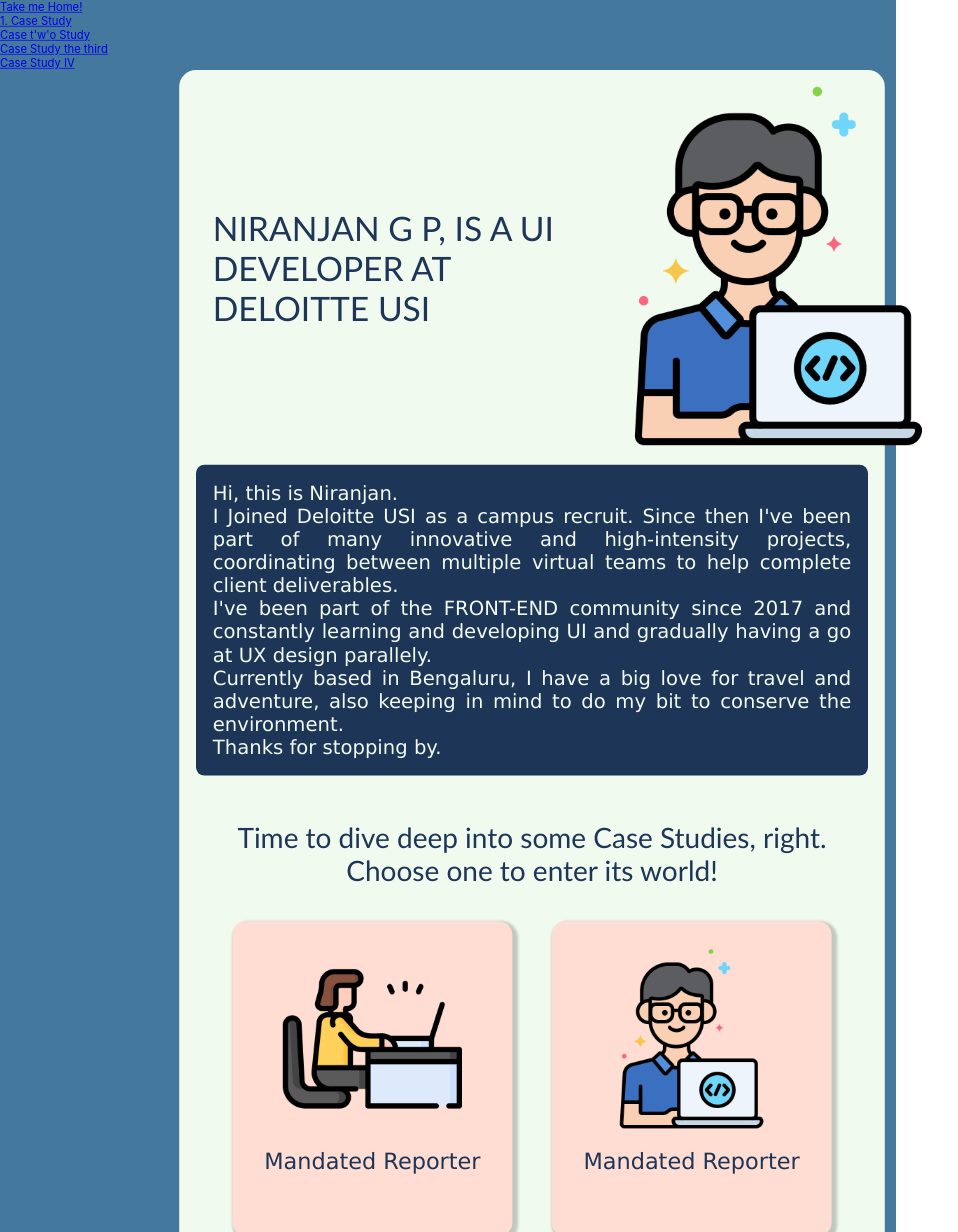
Repository: niranjangp/portfolioReact
Page: /
The author's editor kept a copy of each file at every save. The page is drawn from the files as they stood at one save, then again after the next save.
The browser window is 1280 px wide. The page is 1368 px wide, then 1280 px, so the pictures cover 1368 px, including what lies to the right of the window. The pictures show the part of the page from y = 0 to 1760 px (the page is 2603 px tall before and 2899 px after), at 70% of full size.
The project was rebuilt for these pictures with package versions that can differ from the ones it lists, and the page was loaded fresh each time. Also part of the build but not shown: src/pages/csOne.jsx, src/pages/notFound.jsx.

Above is the page before, as saved 2022-02-01 00:41:34.

After the next save:
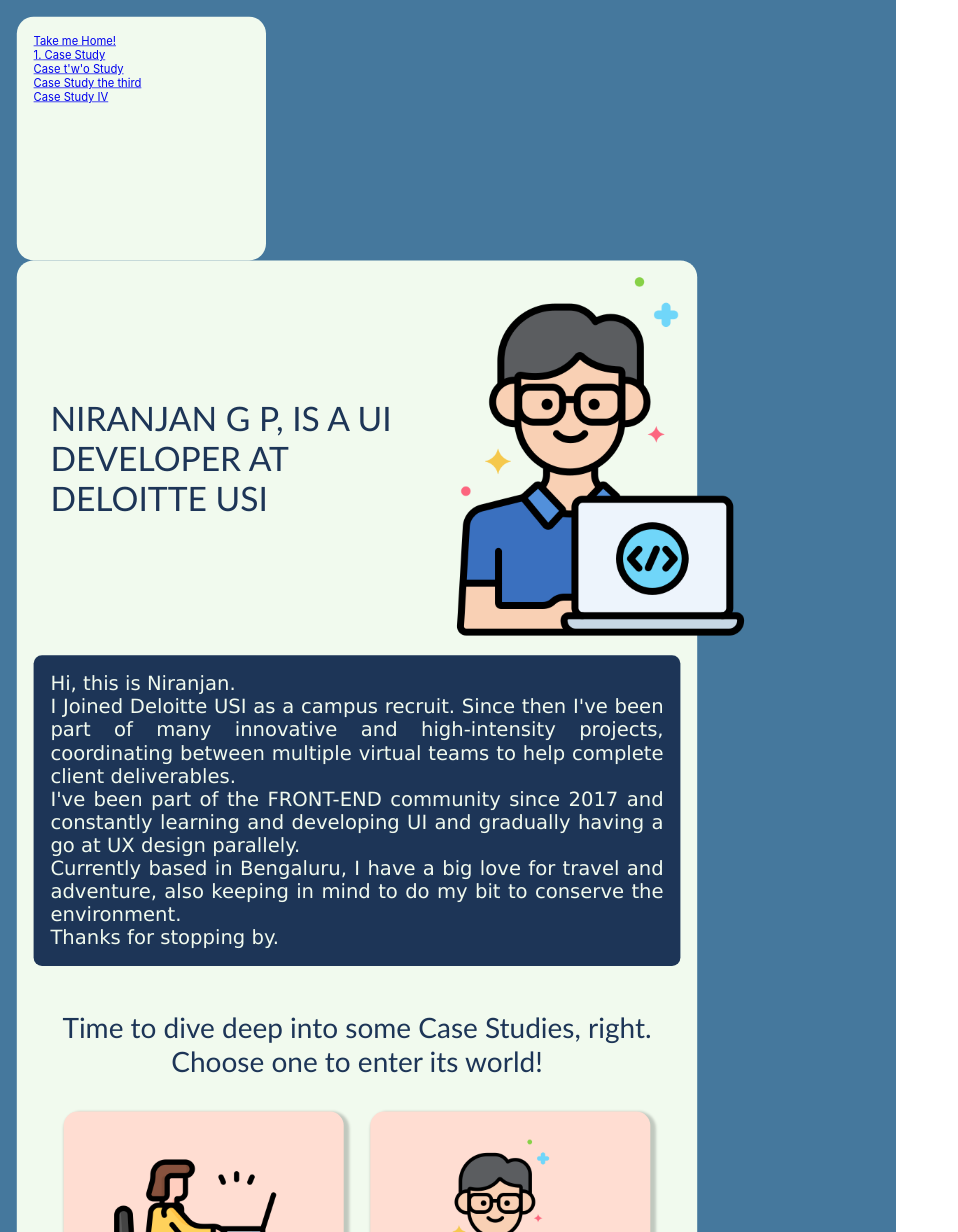
Saved 7 s later.
--- a/src/App.css
+++ b/src/App.css
@@ -1,12 +1,22 @@
 .containerOne {
   background-color: #45789d;
+  padding: 24px;
 }
 
 .mainOne {
   width: 75%;
-  margin-left: 20%;
+  /*margin-left: 20%;*/
   background-color: #F1FAEE;
   height: 100%;
+  border-radius: 1.5rem;
+  padding:24px;
+}
+
+.navigation {
+  width: 25%;
+  min-height: 300px;
+  height: 100%;
+  background-color: #F1FAEE;
   border-radius: 1.5rem;
   padding:24px;
 }
